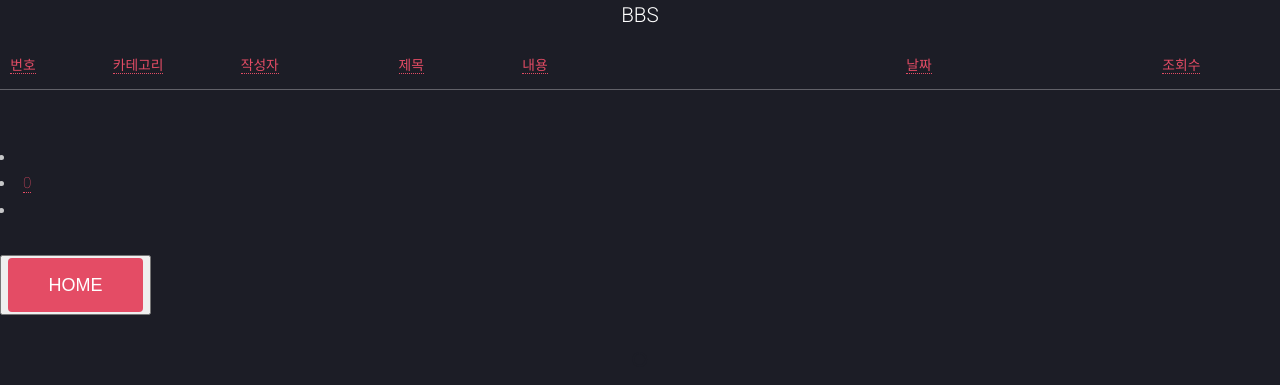
Repository: worMholEamkim/SpringEX
Page: http://localhost/bbs/bbs.do?page=0
These files come from the project's save history. The page is drawn as it stood at one moment and after the next save; the edit follows.
The browser window is 1280 px wide. The pictures show the whole page.
The page is served by Tomcat 9. Queries for data that is not in the repository find no rows.

Above is the page before, as saved 2019-03-15 03:43:27.

After the next save:
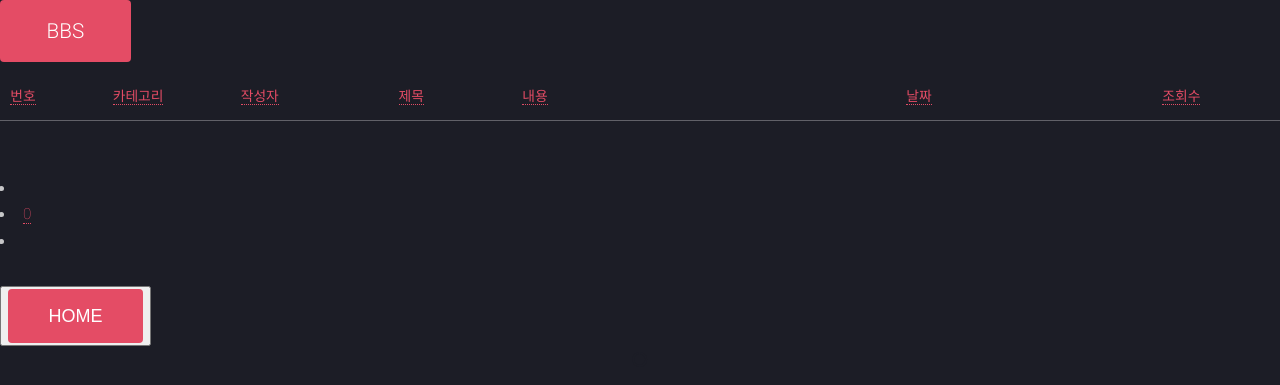
Saved 14 min 32 s later.
--- a/JSP_WepPage_Server-master.zip_expanded/JSP_WepPage_Server-master/bbs/WebContent/WEB-INF/bbs.jsp
+++ b/JSP_WepPage_Server-master.zip_expanded/JSP_WepPage_Server-master/bbs/WebContent/WEB-INF/bbs.jsp
@@ -12,7 +12,7 @@
 		<body class="is-preload landing">
 						<!-- Table -->
 							<section>
-								<h3 align="center" padding="30px">BBS</h3>
+								<h3 align="center" class="button primary large">BBS</h3>
 								<div class="table-wrapper">
 									<table>
 										<thead>
